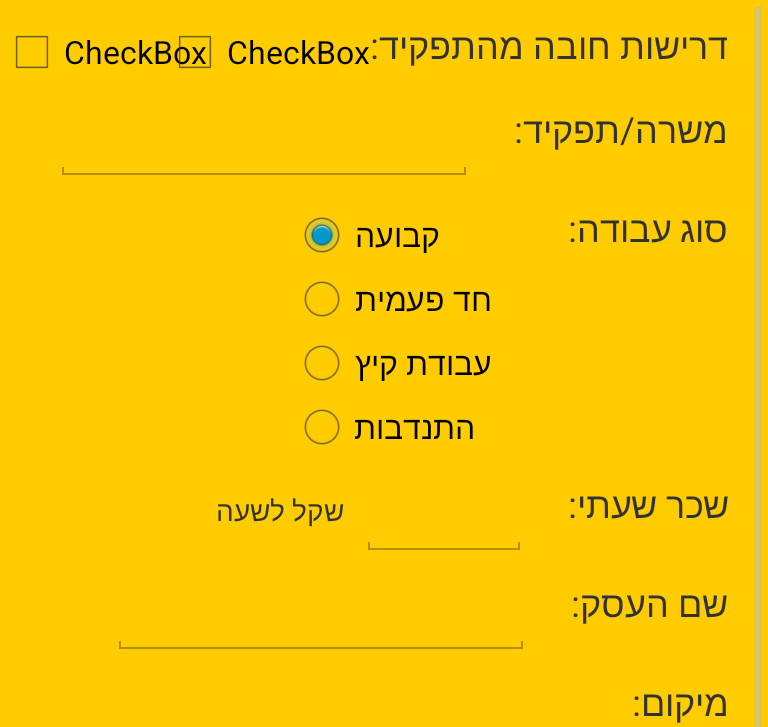
Repository: rodi055/jobli
Layout: Jobli/res/layout/fragment_create_job.xml
An editor plug-in stored every save of this project. The layout is shown before and after the next save, followed by the edit.
The pictures show rows 0 to 727 of an output 1280 px tall.
Pictures or frames that could not be fetched are drawn as grey boxes. It is drawn on a 768 x 1280 px phone screen (xhdpi) without system bars, with theme AppTheme; the app's code is not run. The app's manifest (not shown) leaves right-to-left support off. So textAlignment, textDirection and layoutDirection are ignored, and left and right values win over start and end ones.

Above is the layout before, as saved 2015-01-03 12:23:05.

After the next save:
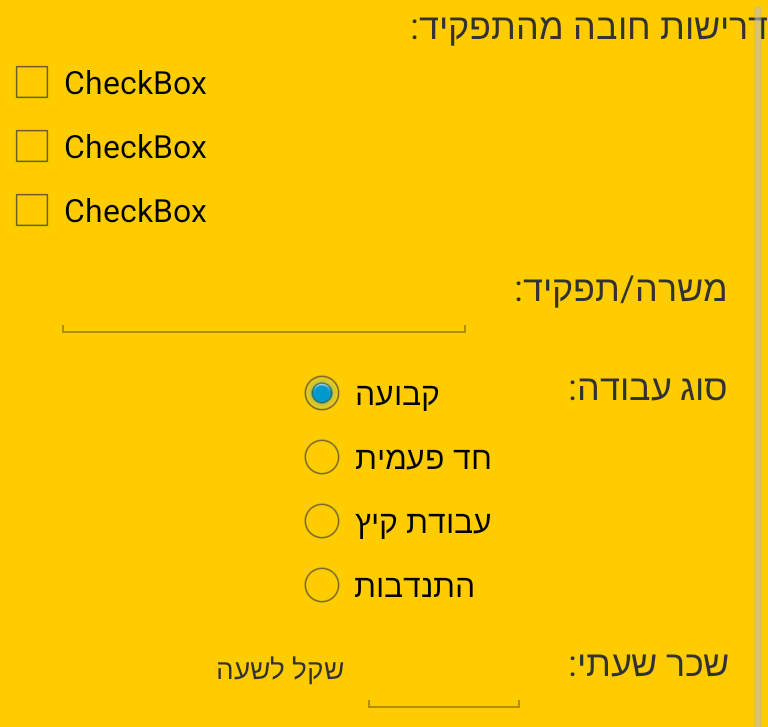
Saved 3 min 56 s later.
--- a/Jobli/res/layout/fragment_create_job.xml
+++ b/Jobli/res/layout/fragment_create_job.xml
@@ -1,7 +1,7 @@
 <?xml version="1.0" encoding="utf-8"?>
 <LinearLayout xmlns:android="http://schemas.android.com/apk/res/android"
     android:layout_width="match_parent"
-    android:layout_height="wrap_content"
+    android:layout_height="match_parent"
     android:background="#FFCC00"
     android:orientation="vertical" >
 
@@ -16,37 +16,69 @@
 
             <RelativeLayout
                 android:layout_width="wrap_content"
-                android:layout_height="match_parent"
-                android:layout_marginTop="10dp" >
+                android:layout_height="wrap_content"
+                android:layout_weight="0.56" >
 
                 <TextView
                     android:id="@+id/textView10"
                     android:layout_width="wrap_content"
                     android:layout_height="wrap_content"
-                    android:layout_alignParentEnd="true"
-                    android:layout_alignParentRight="true"
-                    android:layout_alignParentTop="true"
-                    android:layout_marginEnd="20dp"
-                    android:layout_marginRight="20dp"
+                    android:layout_alignParentRight="true"
+                    android:layout_alignParentTop="true"
                     android:text="דרישות חובה מהתפקיד:"
                     android:textSize="18sp" />
 
-                <CheckBox
-                    android:id="@+id/checkBox3"
-                    android:layout_width="wrap_content"
-                    android:layout_height="wrap_content"
-                    android:layout_alignParentTop="true"
-                    android:layout_below="@+id/checkBox2"
-                    android:text="CheckBox" />
-
-                <CheckBox
-                    android:id="@+id/checkBox2"
-                    android:layout_width="wrap_content"
-                    android:layout_height="wrap_content"
-                    android:layout_alignParentTop="true"
+                <TableLayout
+                    android:layout_width="wrap_content"
+                    android:layout_height="wrap_content"
                     android:layout_below="@+id/textView10"
-                    android:layout_toLeftOf="@+id/textView10"
-                    android:text="CheckBox" />
+                    android:layout_centerVertical="true" >
+
+                    <TableRow
+                        android:id="@+id/tableRow1"
+                        android:layout_width="wrap_content"
+                        android:layout_height="wrap_content" >
+
+                        <CheckBox
+                            android:id="@+id/checkBox2"
+                            android:layout_width="wrap_content"
+                            android:layout_height="wrap_content"
+                            android:text="CheckBox" />
+
+                    </TableRow>
+
+                    <TableRow
+                        android:id="@+id/tableRow2"
+                        android:layout_width="wrap_content"
+                        android:layout_height="wrap_content" >
+
+                        <CheckBox
+                            android:id="@+id/checkBox3"
+                            android:layout_width="wrap_content"
+                            android:layout_height="wrap_content"
+                            android:text="CheckBox" />
+
+                    </TableRow>
+
+                    <TableRow
+                        android:id="@+id/tableRow3"
+                        android:layout_width="wrap_content"
+                        android:layout_height="wrap_content" >
+
+                        <CheckBox
+                            android:id="@+id/checkBox4"
+                            android:layout_width="wrap_content"
+                            android:layout_height="wrap_content"
+                            android:text="CheckBox" />
+
+                    </TableRow>
+
+                    <TableRow
+                        android:id="@+id/tableRow4"
+                        android:layout_width="wrap_content"
+                        android:layout_height="wrap_content" >
+                    </TableRow>
+                </TableLayout>
 
             </RelativeLayout>
 
@@ -334,6 +366,7 @@
                     android:textSize="12sp" />
             </RelativeLayout>
         </LinearLayout>
+
     </ScrollView>
 
 </LinearLayout>
